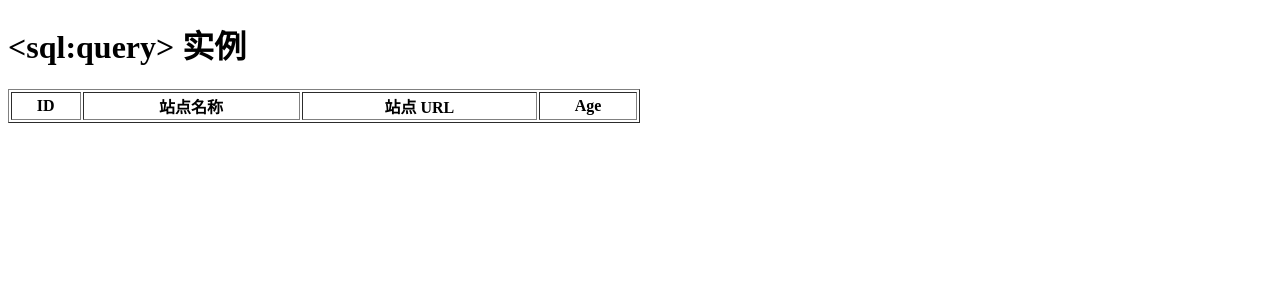
Repository: eterinfi/java
Page: http://localhost/JSPDemo/JSTLDemo/sql/sql_query.jsp
These files come from the project's save history. The page is drawn as it stood at one moment and after the next save; the edit follows.
The browser window is 1280 px wide. The pictures show the whole page.
The page is served by Tomcat 9. Queries for data that is not in the repository find no rows.

Above is the page before, as saved 2016-11-15 15:41:52.

After the next save:
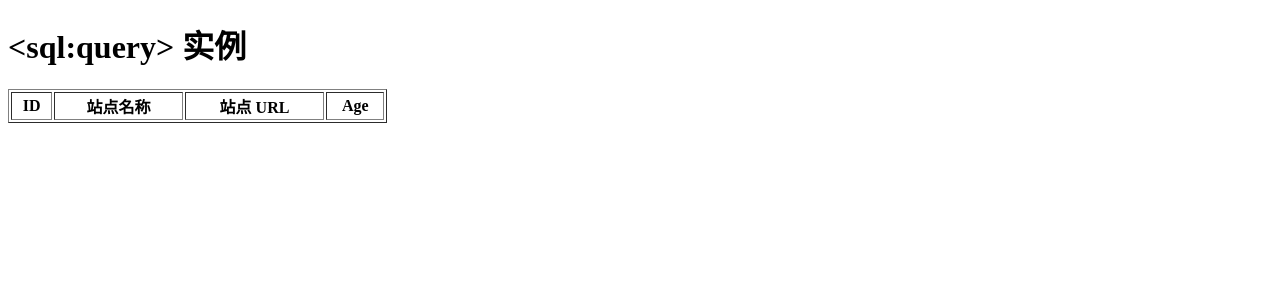
Saved 18 s later.
--- a/jee/JSPDemo/WebContent/JSTLDemo/sql/sql_query.jsp
+++ b/jee/JSPDemo/WebContent/JSTLDemo/sql/sql_query.jsp
@@ -18,7 +18,7 @@
   <sql:query dataSource="${snapshot}" var="result">
     SELECT * from Employees;
   </sql:query>
-  <table border="1" width="50%">
+  <table border="1" width="30%">
     <tr>
       <th>ID</th>
       <th>站点名称</th>
